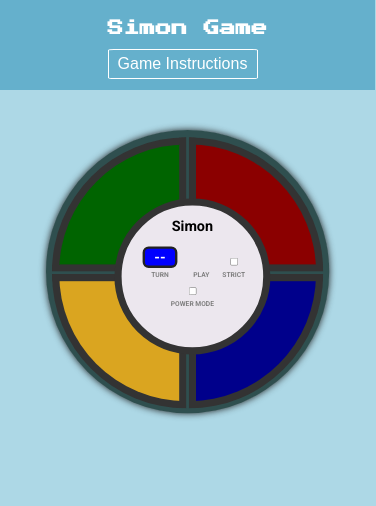
Repository: bbarbara19/memorygame
Page: index.html
The author's editor kept a record of every edit. The page is drawn from the files as they stood at one moment, then again after the next edit.
The browser window is 375 px wide. The page is 375 px wide, then 376 px, so the pictures cover 376 px, including what lies to the right of the window. The pictures show the whole page.
Some web libraries are served in a nearby version.

Above is the page before.

After the next edit:
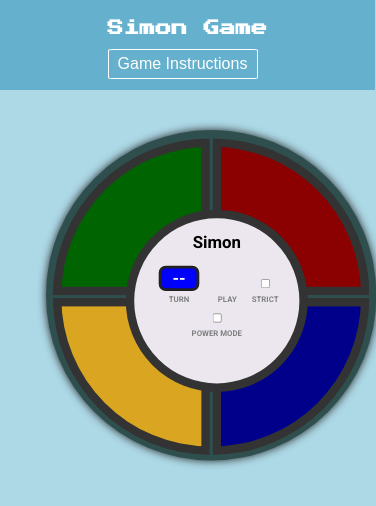
The edit:
--- a/style.css
+++ b/style.css
@@ -200,7 +200,7 @@
     -ms-transform: scale(0.7);
     -o-transform: scale(0.7);
     -webkit-transform: scale(0.7);
-    transform: scale(0.6); /* scaleX(0.6) scaleY(0.6) */
+    transform: scale(0.7); /* scaleX(0.6) scaleY(0.6) */
 
     -o-transform-origin: 0 0;
     -ms-transform-origin: 0 0;
